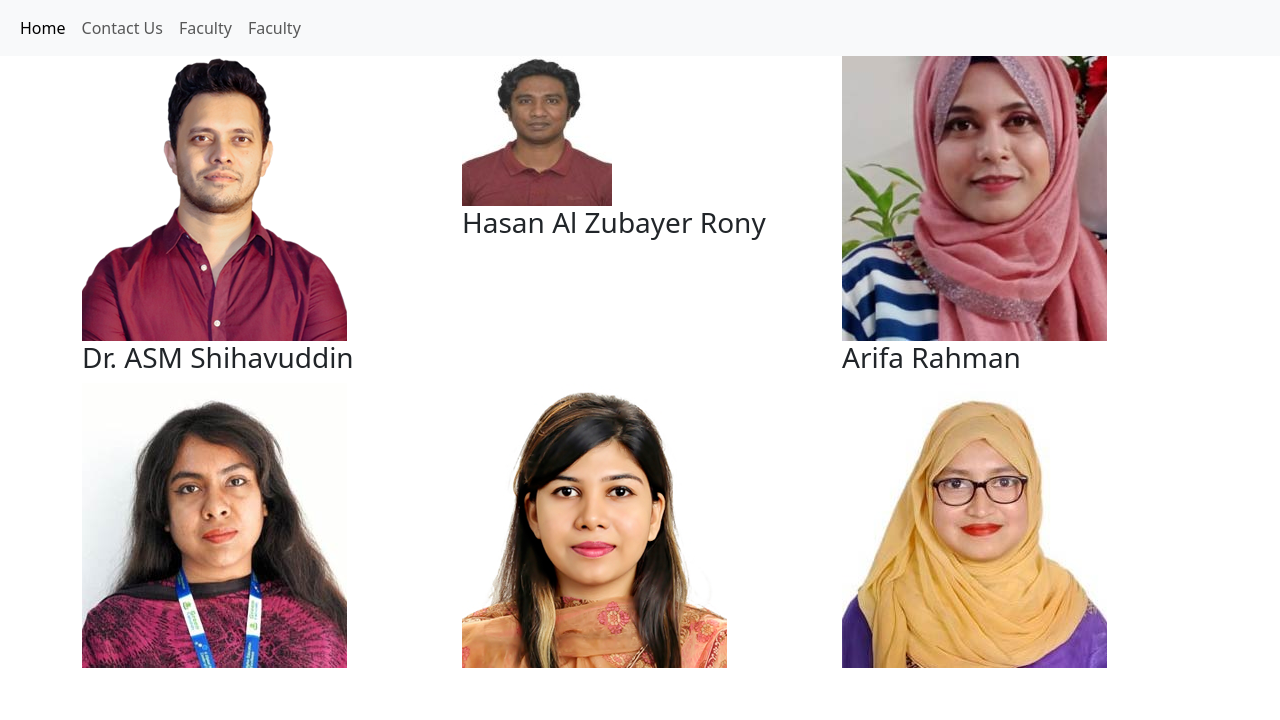
Repository: arafatmollah/cetl
Page: Faculty.html
An editor plug-in stored every save of this project. The page is shown before and after a run of saves, followed by the edit.
The browser window is 1280 px wide. The pictures show the whole page.

Above is the page before, as saved 2023-05-17 21:34:51.

### Faculty.html
<!doctype html>
<html lang="en">
  <head>
    <meta charset="utf-8">
    <meta name="viewport" content="width=device-width, initial-scale=1">
    <title>Faculty Memebers</title>
    <link href="https://cdn.jsdelivr.net/npm/bootstrap@5.3.0-alpha3/dist/css/bootstrap.min.css" rel="stylesheet" integrity="sha384-KK94CHFLLe+nY2dmCWGMq91rCGa5gtU4mk92HdvYe+M/SXH301p5ILy+dN9+nJOZ" crossorigin="anonymous">
  </head>
  <body>
    <nav class="navbar navbar-expand-lg bg-body-tertiary bg-dark text-white">
        <div class="container-fluid">
          <button class="navbar-toggler" type="button" data-bs-toggle="collapse" data-bs-target="#navbarNav" aria-controls="navbarNav" aria-expanded="false" aria-label="Toggle navigation">
            <span class="navbar-toggler-icon"></span>
          </button>
          <div class="collapse navbar-collapse" id="navbarNav">
            <ul class="navbar-nav">
              <li class="nav-item">
                <a class="nav-link active" aria-current="page" href="home.html">Home</a>
              </li>
              <li class="nav-item">
                <a class="nav-link" href="About.html">Contact Us</a>
              </li>
              <li class="nav-item">
                <a class="nav-link" href="Faculty.html">Faculty</a>
              </li>
              <li class="nav-item">
                <a class="nav-link" href="#">Faculty</a>
              </li>
            </ul>
          </div>
        </div>
      </nav>
    <div class="container">
        <div class="row">
            <div class="col-md-4">
                <img src="image/eee-Chairman-1.png" class="img-fluid">
                <h3>Dr. ASM Shihavuddin</h3>
            </div>
            <div class="col-md-4">
                <img src="image/Rony-Sir-Photograph-150x150.jpg" class="img-fluid">
                <h3>Hasan Al Zubayer Rony</h3>
            </div>
            <div class="col-md-4">
                <img src="image/arifa-mem.jpg" class="img-fluid">
                <h3>Arifa Rahman</h3>
            </div>
        </div>
        <div class="row">
            <div class="col-md-4">
                <img src="image/Noshin-Afroz.jpg" class="img-fluid">
                <h3></h3>
            </div>
            <div class="col-md-4">
                <img src="image/Bus-Faculty.png" class="img-fluid">
            </div>
            <div class="col-md-4">
                <img src="image/Mst.-Farhana-Khatun.jpg" class="img-fluid">
            </div>
        </div>
    </div>
    <script src="https://cdn.jsdelivr.net/npm/bootstrap@5.3.0-alpha3/dist/js/bootstrap.bundle.min.js" integrity="sha384-ENjdO4Dr2bkBIFxQpeoTz1HIcje39Wm4jDKdf19U8gI4ddQ3GYNS7NTKfAdVQSZe" crossorigin="anonymous"></script>
  </body>
</html>

After the next 3 saves:
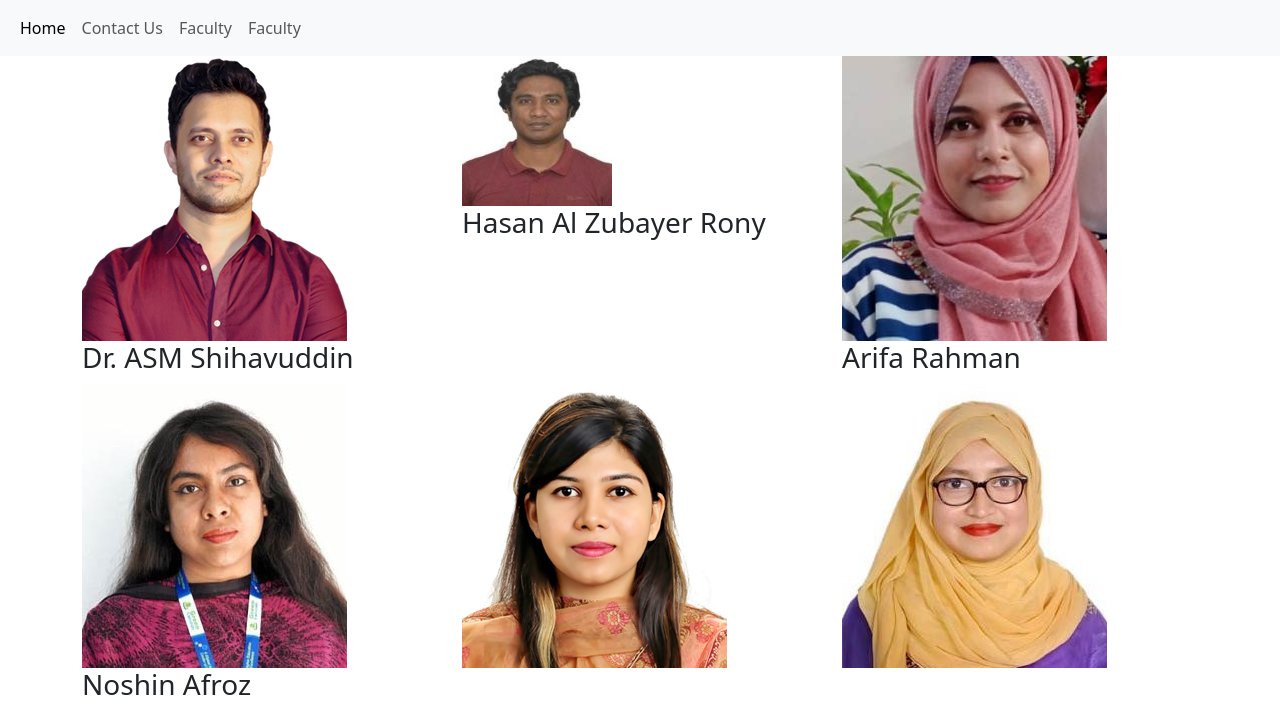
The 3 saves are shown as one change because they came seconds apart.
The last was saved 16 s later.
--- a/Faculty.html
+++ b/Faculty.html
@@ -48,10 +48,11 @@
         <div class="row">
             <div class="col-md-4">
                 <img src="image/Noshin-Afroz.jpg" class="img-fluid">
-                <h3></h3>
+                <h3>Noshin Afroz</h3>
             </div>
             <div class="col-md-4">
                 <img src="image/Bus-Faculty.png" class="img-fluid">
+                <h3></h3>
             </div>
             <div class="col-md-4">
                 <img src="image/Mst.-Farhana-Khatun.jpg" class="img-fluid">
